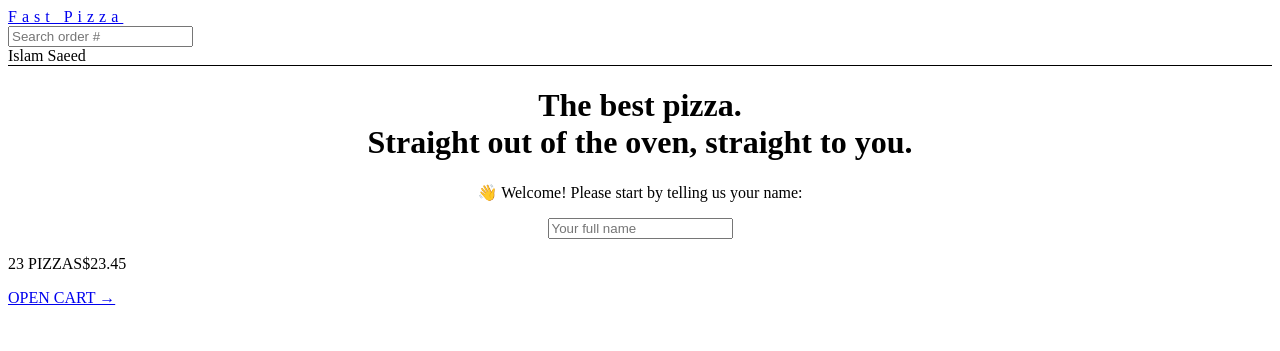
Repository: islamsaeedDev/ecommerce-cash-on-deliver-pizza-store
Page: /
An editor plug-in stored every save of this project. The page is shown before and after the next save, followed by the edit.
The browser window is 1280 px wide. The pictures show the whole page.
The project was rebuilt for these pictures with package versions that can differ from the ones it lists, and the page was loaded fresh each time. Also part of the build but not shown: vite.config.js, src/ui/Error.jsx, src/services/apiRestaurant.js, src/utils/helpers.js, src/features/menu/MenuItem.jsx, src/features/menu/Menu.jsx, src/features/cart/Cart.jsx, src/features/order/Order.jsx and 1 more. Imported but missing from the stored project, and not drawn on this page: src/features/order/CreateOrder.

Above is the page before, as saved 2025-10-22 08:21:33.

After the next save:
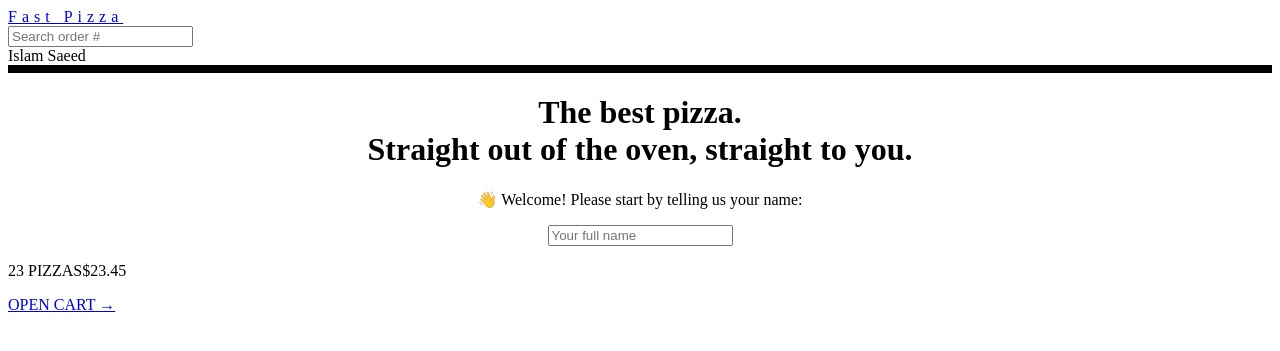
Saved 23 s later.
--- a/src/ui/Header.jsx
+++ b/src/ui/Header.jsx
@@ -4,7 +4,7 @@
 
 function Header() {
   return (
-    <header className="uppcase border-b border-stone-500 bg-fuchsia-500 px-4 py-3">
+    <header className="uppcase border-b-8 border-stone-500 bg-fuchsia-500 px-4 py-3">
       <Link className="tracking-[5px]" to="/">
         Fast Pizza
       </Link>

After the save that followed:
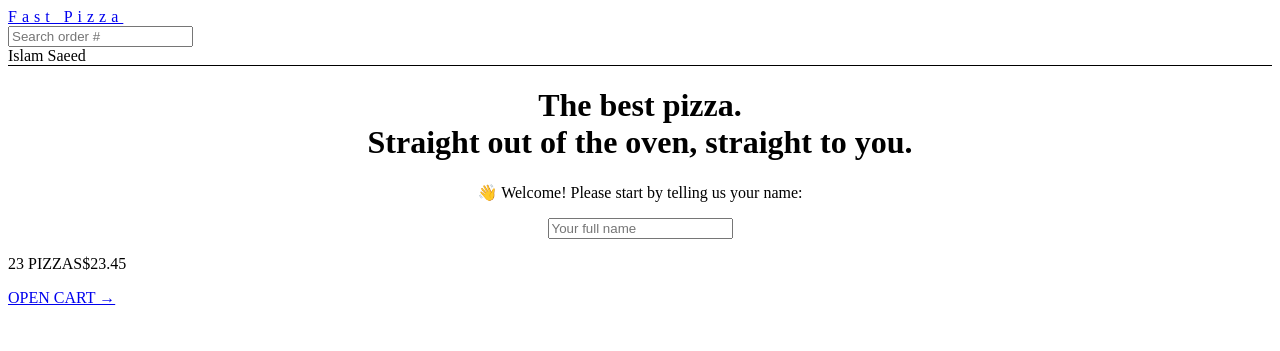
Saved 5 s later.
--- a/src/ui/Header.jsx
+++ b/src/ui/Header.jsx
@@ -4,7 +4,7 @@
 
 function Header() {
   return (
-    <header className="uppcase border-b-8 border-stone-500 bg-fuchsia-500 px-4 py-3">
+    <header className="uppcase border-b border-stone-500 bg-fuchsia-500 px-4 py-3">
       <Link className="tracking-[5px]" to="/">
         Fast Pizza
       </Link>
